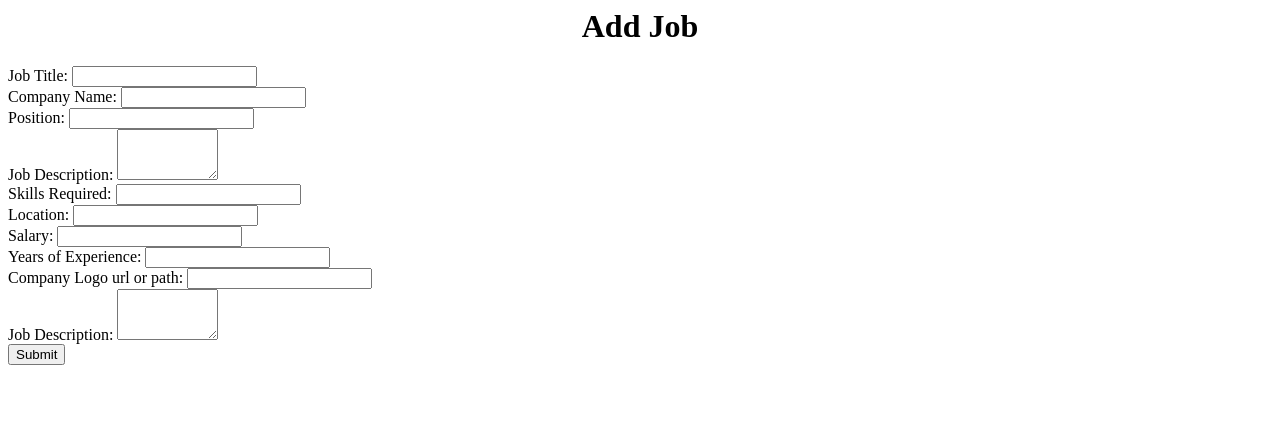
Repository: aneishkumar/AngularJS-Application
Page: Angularjs-Application-march30th/project2/WebContent/addjob.html
An editor plug-in stored every save of this project. The page is shown before and after the next save, followed by the edit.
The browser window is 1280 px wide. The pictures show the whole page.

Above is the page before, as saved 2018-03-30 08:32:44.

After the next save:
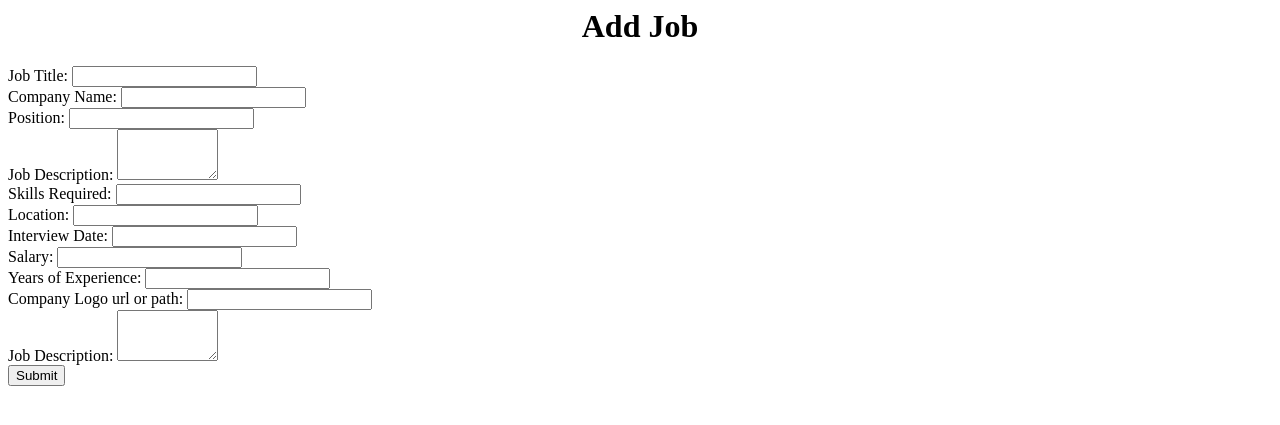
Saved 83 s later.
--- a/Angularjs-Application-march30th/project2/WebContent/addjob.html
+++ b/Angularjs-Application-march30th/project2/WebContent/addjob.html
@@ -27,6 +27,10 @@
 <input type="text" ng-model="job.location">
 </div>
 <div class="form-group">
+<label>Interview Date:</label>
+<input type="text" ng-model="job.interviewdate">
+</div>
+<div class="form-group">
 <label>Salary:</label>
 <input type="text" ng-model="job.salary">
 </div>
